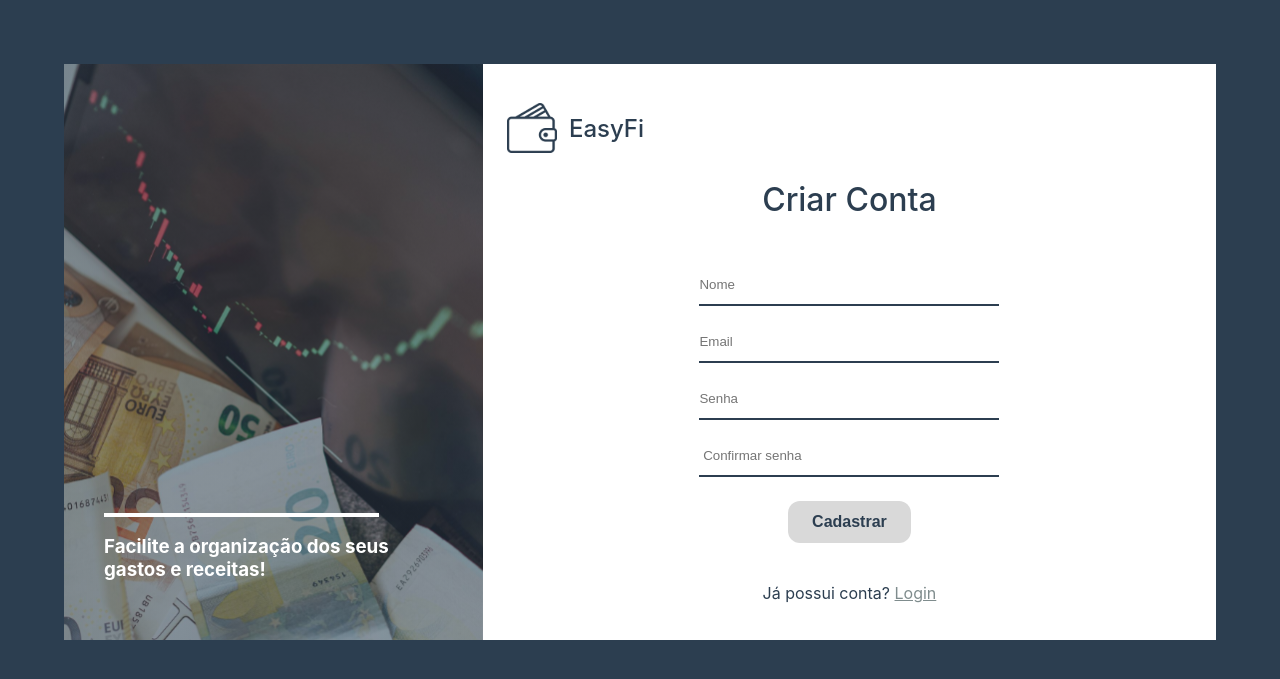
Repository: Ingridiag/projeto-engenharia
Page: cadastro.html
An editor plug-in stored every save of this project. The page is shown before and after a run of saves, followed by the edit.
The browser window is 1280 px wide. The pictures show the whole page.

Above is the page before, as saved 2024-10-28 18:07:37.

After the next 2 saves:
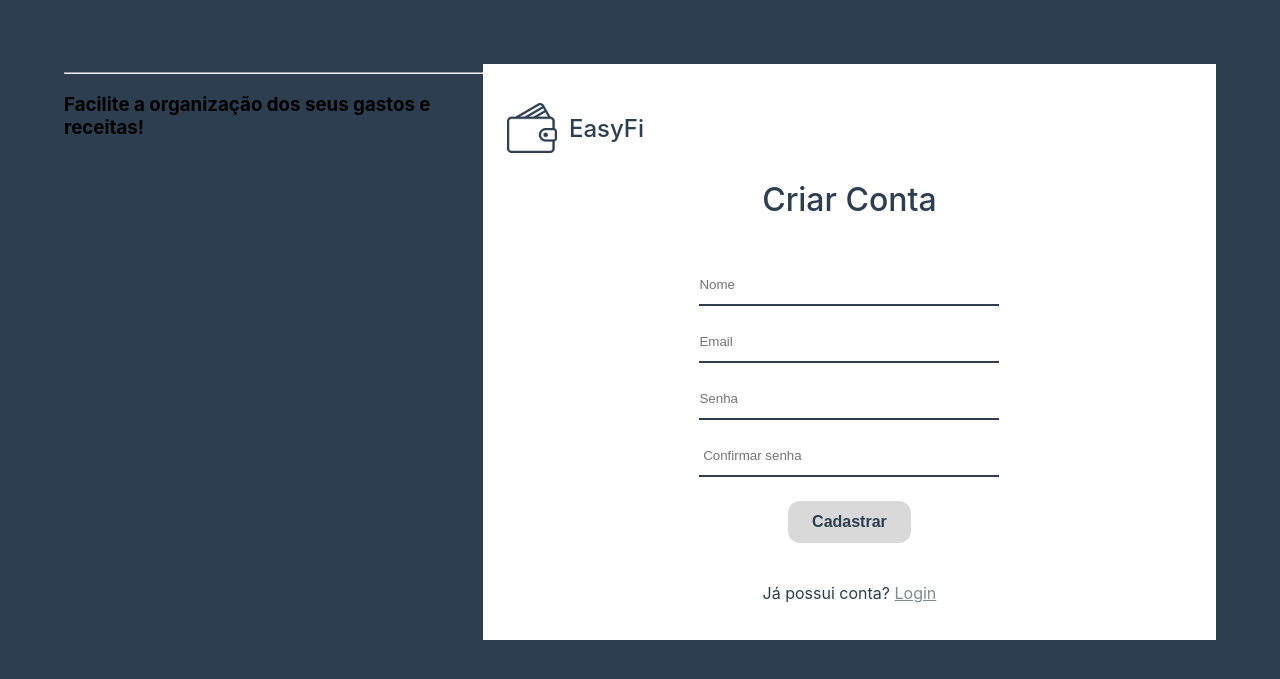
The 2 saves are shown as one change because they came seconds apart.
The last was saved 30 s later.
--- a/style.css
+++ b/style.css
@@ -104,7 +104,7 @@ body {
 .decor {
     width: 40%;
     height: 80vh;
-    background: linear-gradient(rgba(44, 62, 80, 0.5), rgba(44, 62, 80, 0.5)),
+    background: linear-gradient(rgba(44, 62, 80, 0.7, rgba(44, 62, 80, 0.5)),
         url(imagens/imagem_background.svg);
     background-position: 50% 50%;
     background-size: cover;
